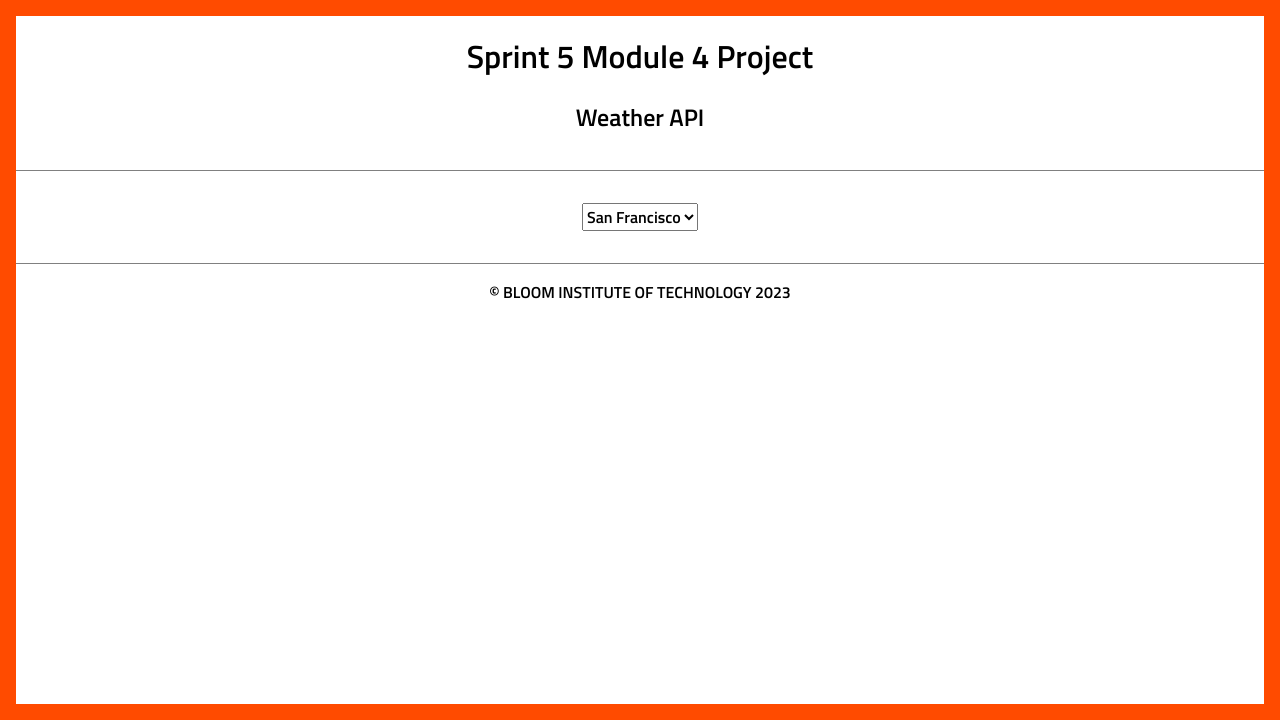
Repository: bloominstituteoftechnology/module-project-weather-api-yoshimario
Page: frontend/index.html
These files come from the project's save history. The page is drawn as it stood at one moment and after a run of saves; the edit follows.
The browser window is 1280 px wide. The pictures show the whole page.
After loading, the first visible `#citySelect` was changed once.

Above is the page before, as saved 2023-09-29 18:12:02.

After the next 2 saves:
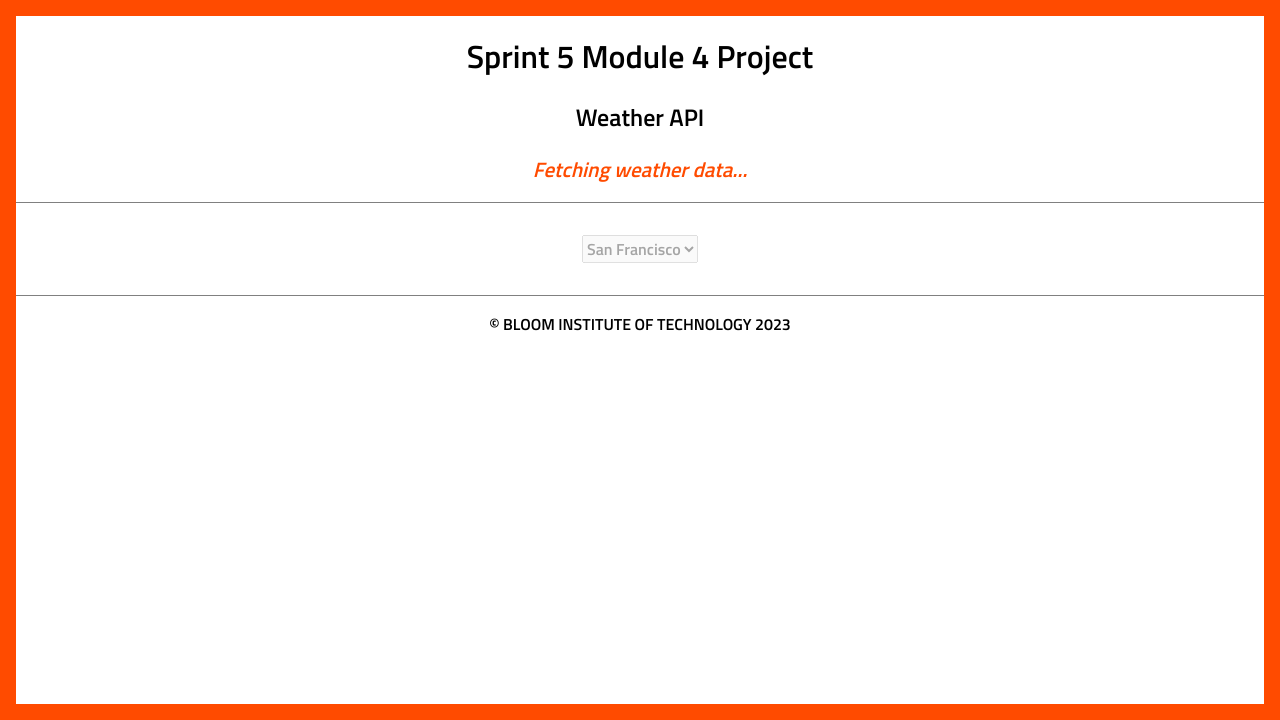
The 2 saves are shown as one change because they came seconds apart.
The last was saved 35 s later.
--- a/frontend/index.js
+++ b/frontend/index.js
@@ -20,6 +20,14 @@ async function moduleProject4() {
   document.querySelector('#weatherWidget').style.display = 'none';
   document.querySelector('#citySelect').addEventListener('change', async (evt) => {
     console.log('selection changed');
+    try {
+      document.querySelector('#citySelect').setAttribute('disabled', 'disabled');
+      document.querySelector('#weatherWidget').style.display = 'none';
+      document.querySelector('.info').textContent = 'Fetching weather data...';
+    } catch (err) {
+      // Handle errors here
+      console.error(err);
+    }
   });
   // 👆 WORK WORK ABOVE THIS LINE 👆
 
